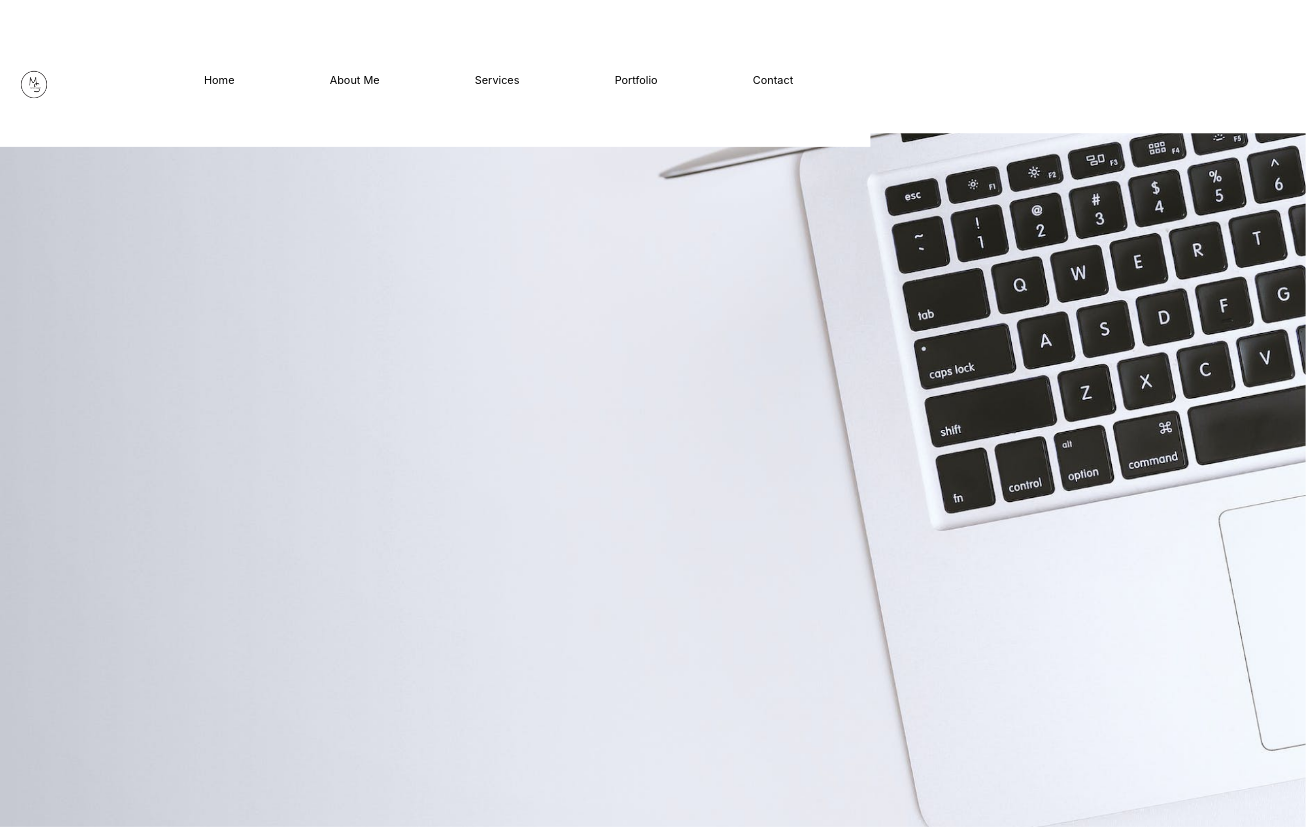
Repository: MEROO1010/Portfolio-2
Page: /
The author's editor kept a copy of each file at every save. The page is drawn from the files as they stood at one save, then again after the next save.
The browser window is 1280 px wide. The page is 1920 px wide, so the pictures cover 1920 px, including what lies to the right of the window. The pictures show the whole page, at 68% of full size.
The project was rebuilt for these pictures with package versions that can differ from the ones it lists, and the page was loaded fresh each time.

Above is the page before, as saved 2023-12-16 11:07:25.

After the next save:
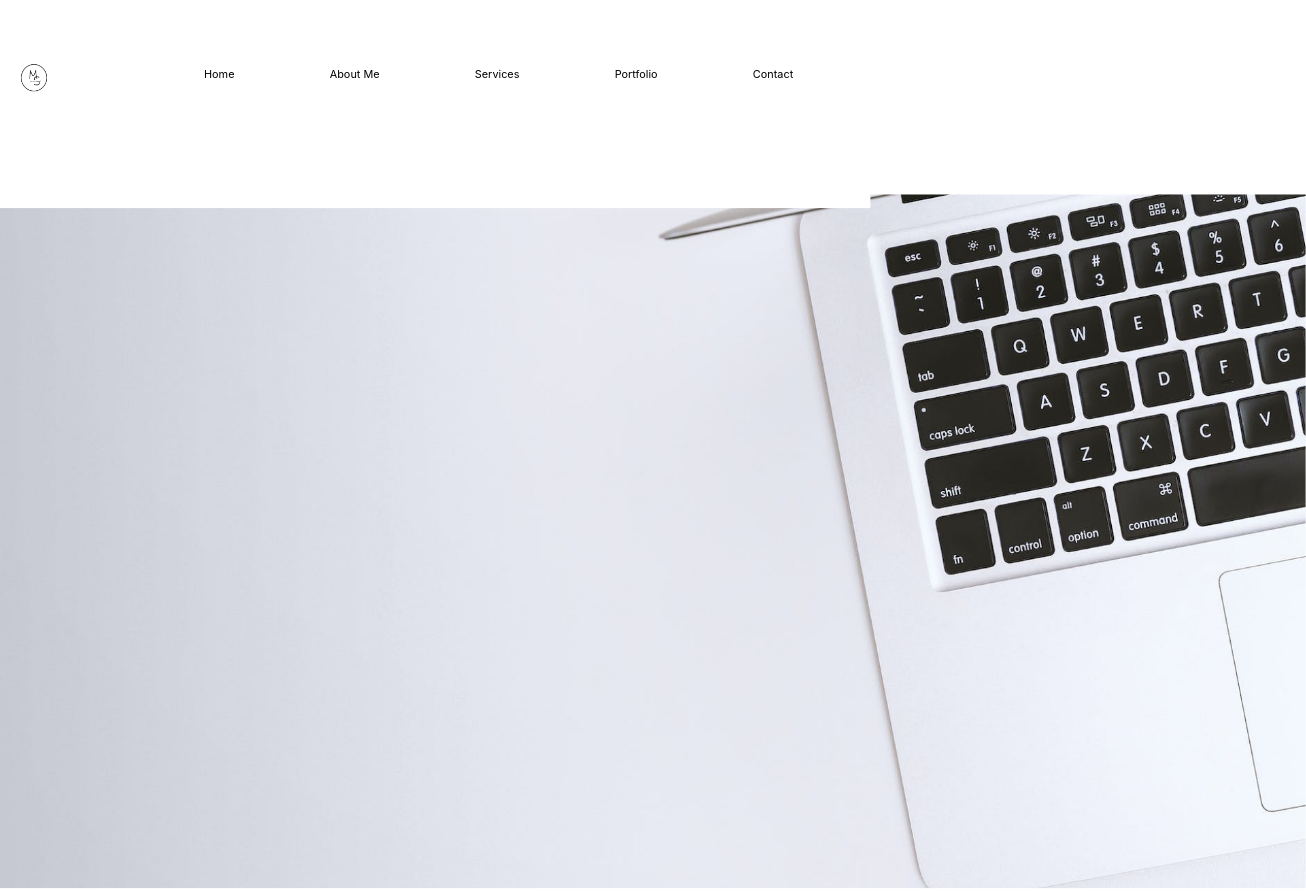
Saved 7 s later.
--- a/src/components/Navbar.js
+++ b/src/components/Navbar.js
@@ -23,7 +23,7 @@ const Navbar = () => {
 
 const Container = styled.div `
   margin-bottom:60px;
-  padding-top:10px;
+  padding-bottom:100px;
   background-color:white;
   position:relative;
   top:80px;
